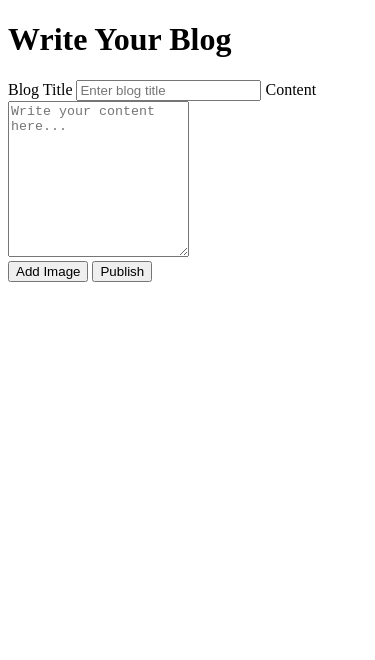
Repository: rizwanahmed2022/YourFees-BlogingApp
Page: post.html
An editor plug-in stored every save of this project. The page is shown before and after the next save, followed by the edit.
The browser window is 375 px wide. The pictures show the whole page.

Above is the page before, as saved 2025-11-09 21:43:06.
Not found: styles/post.css

### post.html
<!DOCTYPE html>
<html lang="en">
<head>
  <meta charset="UTF-8">
  <meta name="viewport" content="width=device-width, initial-scale=1.0">
  <title>Write Blog | YourFeed</title>
  <link rel="stylesheet" href="styles/post.css">
  <style>

  </style>
</head>
<body>

  <div class="blog-container">
    <div class="blog-card">
      <h1 class="blog-title">Write Your Blog</h1>

      <form class="blog-form">
        <label for="blog-title">Blog Title</label>
        <input type="text" id="blog-title" placeholder="Enter blog title" required>

        <label for="blog-content">Content</label>
        <textarea id="blog-content" placeholder="Write your content here..." rows="10" required></textarea>

        <div class="form-actions">
          <button type="button" class="btn upload-image">Add Image</button>
          <button type="submit" class="btn publish-btn">Publish</button>
        </div>
      </form>
    </div>
  </div>

</body>
</html>

After the next save:
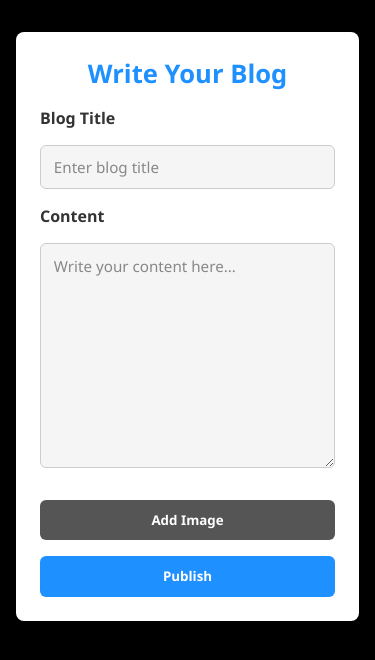
Saved 6 s later.
--- a/post.html
+++ b/post.html
@@ -6,6 +6,145 @@
   <title>Write Blog | YourFeed</title>
   <link rel="stylesheet" href="styles/post.css">
   <style>
+    :root {
+  --color-primary: #1e90ff;
+  --color-bg: #000000;         /* page background */
+  --color-card-bg: #ffffff;    /* card background */
+  --color-text: #000000;
+  --color-input-bg: #f5f5f5;
+  --color-shadow: rgba(0,0,0,0.4);
+  --color-primary-hover: #0066cc;
+}
+
+* {
+  margin: 0;
+  padding: 0;
+  box-sizing: border-box;
+  font-family: "Segoe UI", Tahoma, Geneva, Verdana, sans-serif;
+}
+
+body {
+  background-color: var(--color-bg);
+  display: flex;
+  justify-content: center;
+  padding: 2rem 1rem;
+}
+
+.blog-container {
+  width: 100%;
+  display: flex;
+  justify-content: center;
+}
+
+.blog-card {
+  background-color: var(--color-card-bg);
+  padding: 2rem 3rem;
+  border-radius: 12px;
+  box-shadow: 0 6px 20px var(--color-shadow);
+  width: 100%;
+  max-width: 1000px;  /* long width for desktop */
+}
+
+.blog-title {
+  font-size: 2rem;
+  color: var(--color-primary);
+  margin-bottom: 1rem;
+  text-align: center;
+}
+
+.blog-form {
+  display: flex;
+  flex-direction: column;
+  gap: 1rem;
+}
+
+.blog-form label {
+  font-weight: 600;
+  color: #333;
+}
+
+.blog-form input, .blog-form textarea {
+  padding: 0.7rem 0.8rem;
+  border-radius: 6px;
+  border: 1px solid #ccc;
+  background-color: var(--color-input-bg);
+  font-size: 1rem;
+  color: #000;
+}
+
+.blog-form input::placeholder,
+.blog-form textarea::placeholder {
+  color: #888;
+}
+
+.blog-form input:focus,
+.blog-form textarea:focus {
+  outline: none;
+  border-color: var(--color-primary);
+  box-shadow: 0 0 5px rgba(30,144,255,0.5);
+}
+
+.form-actions {
+  display: flex;
+  justify-content: space-between;
+  gap: 1rem;
+  flex-wrap: wrap;
+  margin-top: 1rem;
+}
+
+.btn {
+  padding: 0.7rem 1.2rem;
+  border: none;
+  border-radius: 6px;
+  cursor: pointer;
+  font-weight: 600;
+  transition: background-color 0.2s;
+}
+
+.btn.upload-image {
+  background-color: #555;
+  color: white;
+}
+
+.btn.upload-image:hover {
+  background-color: #333;
+}
+
+.btn.publish-btn {
+  background-color: var(--color-primary);
+  color: white;
+}
+
+.btn.publish-btn:hover {
+  background-color: var(--color-primary-hover);
+}
+
+/* ======================
+   Responsive for mobile
+====================== */
+@media (max-width: 600px) {
+  .blog-card {
+    padding: 1.5rem 1.5rem;
+    border-radius: 8px;
+    max-width: 100%;
+  }
+
+  .blog-title {
+    font-size: 1.6rem;
+  }
+
+  .blog-form input, .blog-form textarea {
+    font-size: 0.95rem;
+  }
+
+  .form-actions {
+    flex-direction: column;
+  }
+
+  .btn {
+    width: 100%;
+  }
+}
 
   </style>
 </head>
